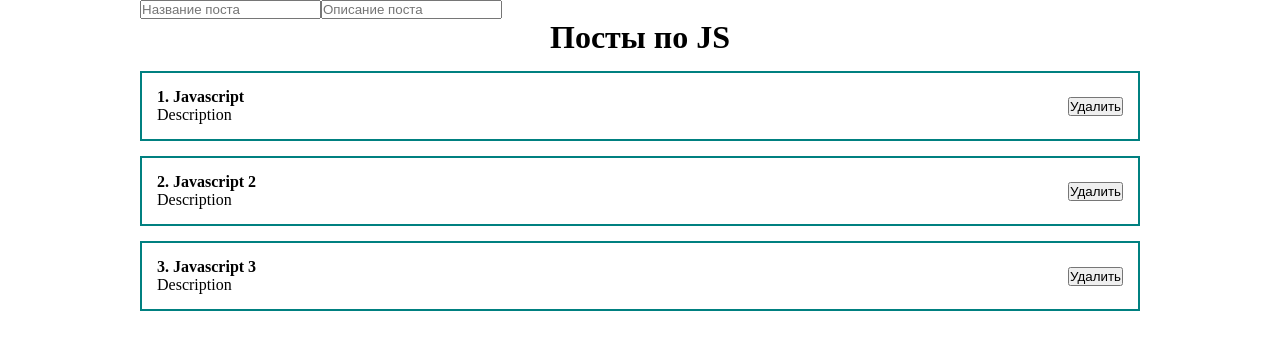
Repository: otvertka/ulb
Page: /
The author's editor kept a copy of each file at every save. The page is drawn from the files as they stood at one save, then again after the next save.
The browser window is 1280 px wide. The pictures show the whole page.
The project was rebuilt for these pictures with package versions that can differ from the ones it lists, and the page was loaded fresh each time. Also part of the build but not shown: src/components/Counter.jsx, src/components/ClassCounter.jsx.

Above is the page before, as saved 2023-06-10 13:33:13.

### public/index.html
<!DOCTYPE html>
<html lang="en">
  <head>
    <meta charset="utf-8" />
    <meta name="viewport" content="width=device-width, initial-scale=1" />

    <title>React App</title>
  </head>
  <body>
    <noscript>You need to enable JavaScript to run this app.</noscript>
    <div id="root">
      <!-- ЗДЕСЬ БУДЕТ НАШЕ JS ПРИЛОЖЕНИЕ -->
    </div>
  </body>
</html>

### src/index.js
import React from "react";
import ReactDOM from "react-dom";
import App from "./App";

// const root = ReactDOM.createRoot(document.getElementById("root"));
// root.render(<App />);
ReactDOM.render(<App />, document.getElementById("root"));

### src/App.js
import React, { useState } from "react";
import Counter from "./components/Counter";
import ClassCounter from "./components/ClassCounter";
import "./styles/App.css";
import PostItem from "./components/PostItem";
import PostList from "./components/PostList";

function App() {
  const [posts, setPosts] = useState([
    { id: 1, title: "Javascript", body: "Description" },
    { id: 2, title: "Javascript 2", body: "Description" },
    { id: 3, title: "Javascript 3", body: "Description" },
  ]);

  // импортируем компонент
  return (
    <div className="App">
      <form>
        <input type="text" placeholder="Название поста"></input>
        <input type="text" placeholder="Описание поста"></input>
      </form>
      <PostList posts={posts} title="Посты по JS" />
    </div>
  );
}

export default App;

### src/styles/App.css
* {
  margin: 0;
  padding: 0;
  box-sizing: border-box;
}

/* Рут- блок из index.html */
#root {
  display: flex;
  justify-content: center;
}

.App {
  width: 1000px;
}

.post {
  display: flex;
  padding: 15px;
  border: 2px solid teal;
  margin-top: 15px;
  justify-content: space-between;
  align-items: center;
}

### src/components/PostItem.jsx
import React from "react";

// Props - входные данные в контексте Реакта. Можно представлять, что это аргумент функции, в кот. мы можем что-то передавать снаружи
const PostItem = (props) => {
  console.log(props);
  return (
    <div className="post">
      <div className="post__content">
        <strong>
          {props.post.id}. {props.post.title}
        </strong>
        <div>{props.post.body}</div>
      </div>
      <div className="post__btns">
        <button>Удалить</button>
      </div>
    </div>
  );
};

export default PostItem;

### src/components/PostList.jsx
import React from "react";
import PostItem from "./PostItem";

const PostList = ({ posts, title }) => {
  return (
    <div>
      <h1 style={{ textAlign: "center" }}>{title}</h1>
      {posts.map((post) => (
        <PostItem post={post} key={post.id} />
      ))}
    </div>
  );
};

export default PostList;

After the next save:
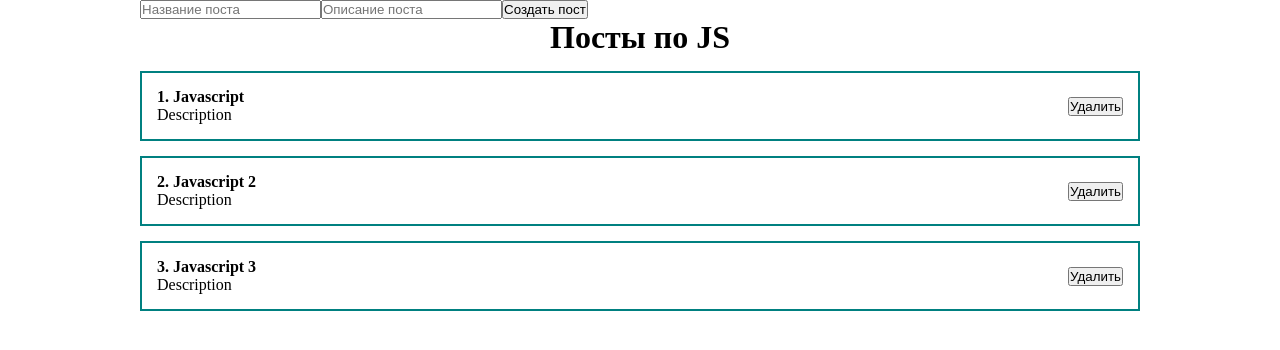
Saved 54 s later.
--- a/src/App.js
+++ b/src/App.js
@@ -18,6 +18,7 @@ function App() {
       <form>
         <input type="text" placeholder="Название поста"></input>
         <input type="text" placeholder="Описание поста"></input>
+        <button>Создать пост</button>
       </form>
       <PostList posts={posts} title="Посты по JS" />
     </div>
